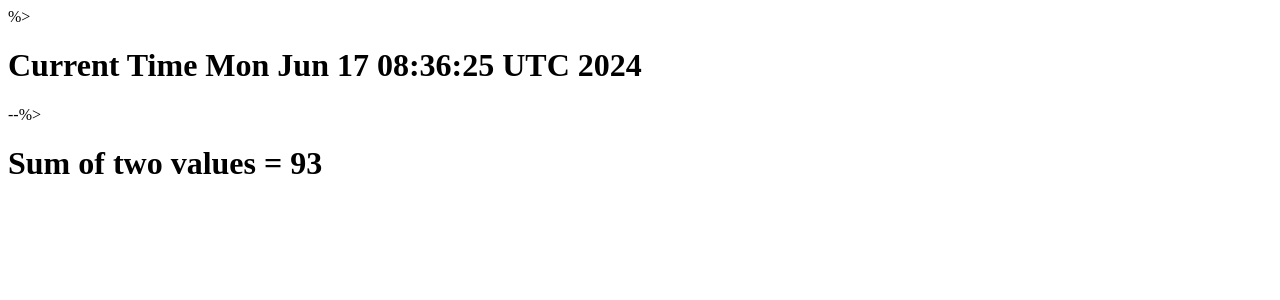
Repository: LUKKAROSHINI/Enterprise-Programming
Page: http://localhost/JspDemo/hello.jsp
These files come from the project's save history. The page is drawn as it stood at one moment and after the next save; the edit follows.
The browser window is 1280 px wide. The pictures show the whole page.
The page is served by Tomcat 9.

Above is the page before, as saved 2024-06-17 10:30:15.

After the next save:
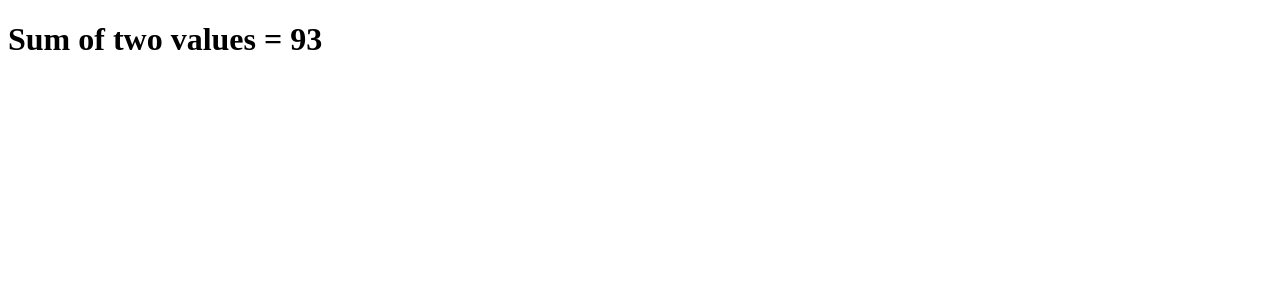
Saved 66 s later.
--- a/JspDemo/src/main/webapp/hello.jsp
+++ b/JspDemo/src/main/webapp/hello.jsp
@@ -7,17 +7,6 @@
 <title>Insert title here</title>
 </head>
 <body>
-<%--
-<h1>
-<%
-    //response.sendRedirect("https://www.kluniversity.in"); <%-- used for redirect to url webpage --%>
-%>
-</h1>
-
-<h1>
-    Current Time <%= java.util.Calendar.getInstance().getTime() %> <%-- used for getting time --%>
-</h1>
---%>
 
 <h1>
 <%!
